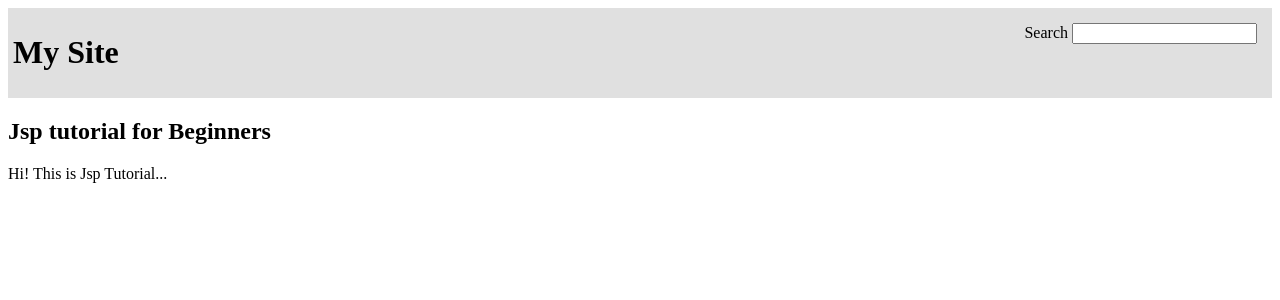
Repository: hoangkhanh2208/Jsp-Servlet-JDBC-Learn
Page: http://localhost/JspTutorial/demo/includeDemo.jsp
The author's editor kept a copy of each file at every save. The page is drawn from the files as they stood at one save, then again after the next save.
The browser window is 1280 px wide. The pictures show the whole page.
The page is served by Tomcat 9. Other server files are loaded and not shown.

Above is the page before, as saved 2021-05-20 08:48:42.

### JspTutorial/src/main/webapp/demo/includeDemo.jsp
<%@ page language="java" contentType="text/html; charset=ISO-8859-1"
    pageEncoding="ISO-8859-1"%>
<!DOCTYPE html>
<html>
<head>
<meta charset="ISO-8859-1">
<title>Insert title here</title>
</head>
<body>
	<%@ include file="../fragment/header.html" %>


  <h2>Jsp tutorial for Beginners</h2>

  Hi! This is Jsp Tutorial...
</body>
</html>

### JspTutorial/src/main/webapp/fragment/header.html
<!DOCTYPE html>
<html>
<head>
<meta charset="ISO-8859-1">
<title>Insert title here</title>
</head>
<body>
	<div style="background: #E0E0E0; height: 80px; padding: 5px;">
		<div style="float: left">
			<h1>My Site</h1>
		</div>
		<div style="float: right; padding: 10px;">
			Search <input name="search">
		</div>
	</div>
</body>
</html>

### JspTutorial/src/main/webapp/fragment/footer.html
<!DOCTYPE html>
<html>
<head>
<meta charset="ISO-8859-1">
<title>Insert title here</title>
</head>
<body>
	<div
		style="background: #E0E0E0; text-align: center; padding: 5px; margin-top: 10px;">
		@Copyright mysite.com</div>
</body>
</html>

After the next save:
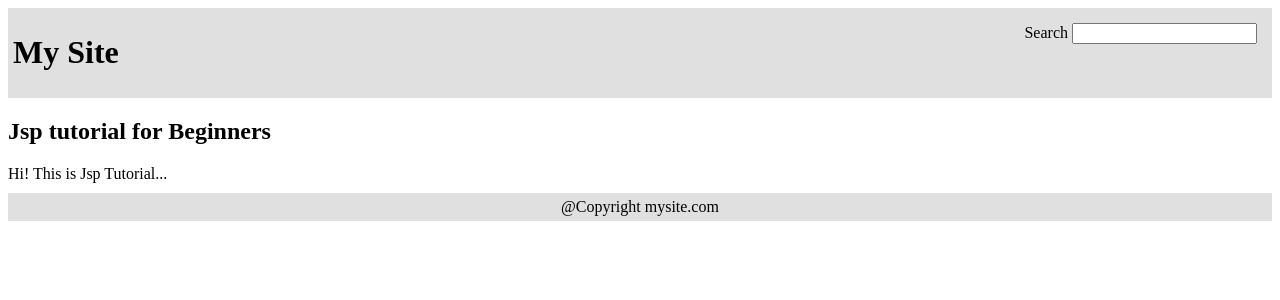
Saved 46 s later.
--- a/JspTutorial/src/main/webapp/demo/includeDemo.jsp
+++ b/JspTutorial/src/main/webapp/demo/includeDemo.jsp
@@ -13,5 +13,7 @@
   <h2>Jsp tutorial for Beginners</h2>
 
   Hi! This is Jsp Tutorial...
+
+  <%@ include file = "../fragment/footer.html" %>
 </body>
 </html>
